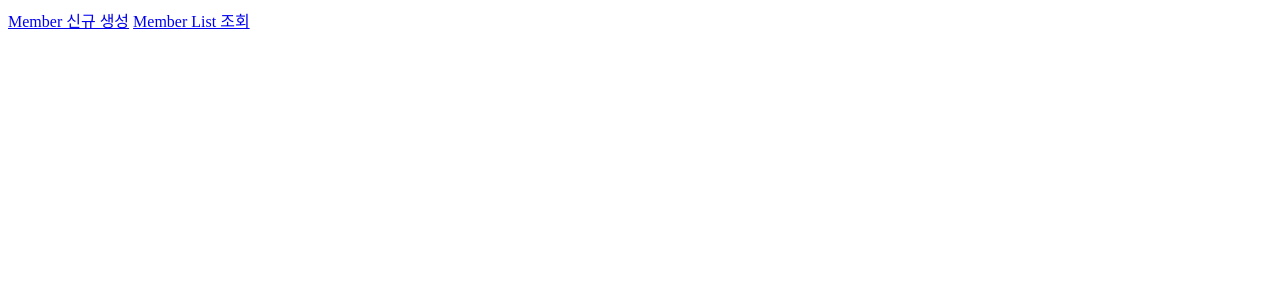
Repository: min99lv/choongang_spring_git
Page: oBootJpa01/src/main/resources/static/index.html
The author's editor kept a copy of each file at every save. The page is drawn from the files as they stood at one save, then again after the next save.
The browser window is 1280 px wide. The pictures show the whole page.

Above is the page before, as saved 2024-08-05 05:15:57.

After the next save:
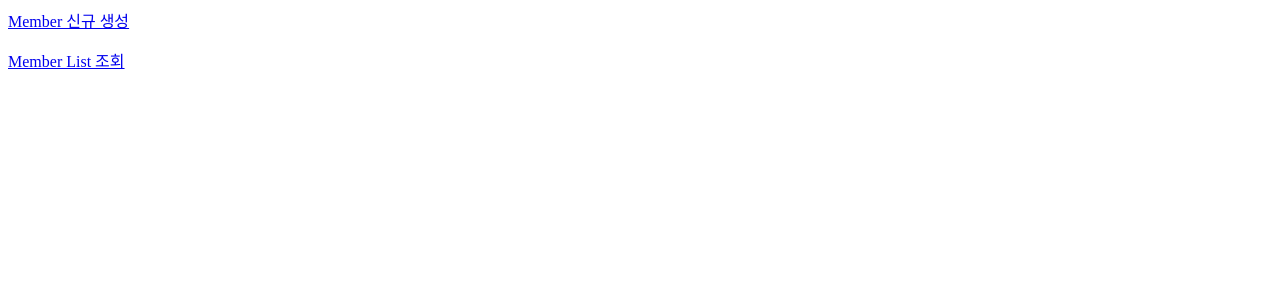
Saved 2 min 37 s later.
--- a/oBootJpa01/src/main/resources/static/index.html
+++ b/oBootJpa01/src/main/resources/static/index.html
@@ -5,7 +5,7 @@
 <title>Insert title here</title>
 </head>
 <body>
-	<a href="/members/new">Member 신규 생성</a>
+	<a href="/members/new">Member 신규 생성</a><p>
 	<a href="members">Member List 조회</a>
 </body>
 </html>
